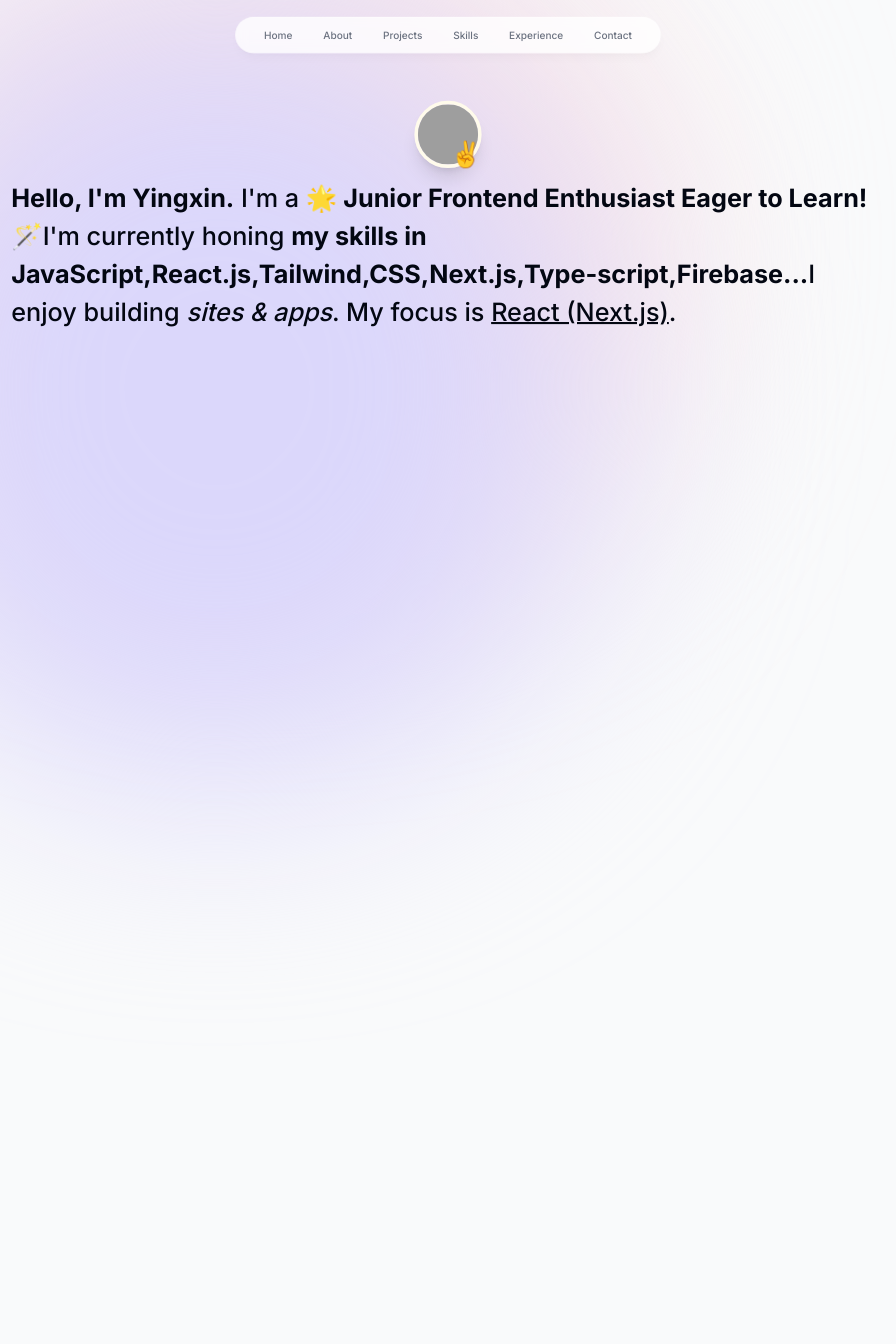
Repository: Tracy-maker/portfolio_website
Page: /
These files come from the project's save history. The page is drawn as it stood at one moment and after the next save; the edit follows.
The browser window is 1280 px wide. The pictures show the part of the page from y = 0 to 1920 px (the page is 5000 px tall), at 70% of full size.
Pictures or frames that could not be fetched are drawn as grey boxes. The project was rebuilt for these pictures with package versions that can differ from the ones it lists, and the page was loaded fresh each time. The framework's server and built-in components were replaced by stand-ins that run in the browser. Also part of the build but not shown: next.config.js.

Above is the page before, as saved 2023-10-02 17:50:17.

### app/layout.tsx
import Header from "@/components/header";
import "./globals.css";
import type { Metadata } from "next";
import { Inter } from "next/font/google";

const inter = Inter({ subsets: ["latin"] });

export const metadata: Metadata = {
  title: "Yingxin_Zhang | Portfolio",
  description: "Yingxin_Zhang is a front-end developer",
};

export default function RootLayout({
  children,
}: {
  children: React.ReactNode;
}) {
  return (
    <html lang="en">
      <body
        className={`${inter.className} bg-gray-50 text-gray-950 relative h-[5000px] pt-28 sm:pt-36`}
      >
        <div className="bg-[#fbe2e3] absolute top-[-6rem] -z-10 right-[21rem] h-[56.25rem] w-[31.25rem] rounded-full blur-[10rem] sm:w-[68.75rem]"></div>
        <div className="bg-[#dbd7fb] absolute top-[-1rem] -z-10 left-[-45rem] h-[71.25rem] w-[-30rem] rounded-full blur-[10rem] sm:w-[68.75rem] md:left-[-33rem] lg:left-[-28rem] xl:left-[-15rem] 2xl:left-[-5rem]"></div>
        <Header />
        {children}
      </body>
    </html>
  );
}

### app/page.tsx
import Intro from "@/components/intro";
import Image from "next/image";

export default function Home() {
  return (
    <main className="">
      <Intro />
    </main>
  );
}

### components/header.tsx
"use client";
import { motion } from "framer-motion";
import { links } from "@/lib/data";
import Link from "next/link";

export default function Header() {
  return (
    <header className="z-[999] relative">
      <motion.div
        className="fixed top-0 left-1/2 h-[4.5rem] w-full
        rounded-none border border-white border-opacity-40
        bg-white bg-opacity-80 shadow-lg shadow-black/[0.03]
        backdrop-blur-[0.5rem] sm:top-6 sm:h-[3.25rem] sm:w-[38rem] sm:rounded-full"
        initial={{ y: -100, x: "-50%", opacity: 0 }}
        animate={{ y: 0, x: "-50%", opacity: 1 }}
      ></motion.div>

      <nav className="flex fixed top-[0.15rem] left-1/2 h-12 -translate-x-1/2 py-2 sm:top-[1.7rem] sm:h-[initial] sm:py-0">
        <ul className="flex w-[22rem] flex-wrap items-center justify-center gap-y-1 text-[0.9rem] font-medium text-gray-500 sm:w-[initial] sm:flex-nowrap sm:gap-5">
          {links.map((link) => (
            <motion.li
              className="h-3/4 flex items-center justify-center relative"
              key={link.hash}
              initial={{ y: -100, opacity: 0 }}
              animate={{ y: 0, opacity: 1 }}
            >
              <Link
                className="flex w-full items-center justify-center px-3 py-3 hover:text-gray-950 transition"
                href={link.hash}
              >
                {link.name}
              </Link>
            </motion.li>
          ))}
        </ul>
      </nav>
    </header>
  );
}

### components/intro.tsx
"use client";

import Image from "next/image";
import React from "react";
import { motion } from "framer-motion";

export default function Intro() {
  return (
    <section>
      <div className="flex items-center justify-center">
        <div className="relative">
          <motion.div
            initial={{ opacity: 0, scale: 0 }}
            animate={{ opacity: 1, scale: 1 }}
            transition={{
              type: "tween",
              duration: 0.2,
            }}
          >
            <Image
              src="https://i.ibb.co/MRHHtS5/Wechat-IMG7.jpg"
              alt="Personal image"
              width="192"
              height="192"
              quality="98"
              priority={true}
              className="h-24 w-24 rounded-full object-cover border-[0.35rem] border-amber-50 shadow-xl"
            />
          </motion.div>

          <motion.span
            className="absolute bottom-0 right-0 text-4xl"
            initial={{ opacity: 0, scale: 0 }}
            animate={{ opacity: 1, scale: 1 }}
            transition={{
              type: "spring",
              stiffness: 125,
              delay: 0.1,
              duration: 0.7,
            }}
          >
            ✌️
          </motion.span>
        </div>
      </div>
      <motion.h1
        className="mb-10 mt-4 px-4 text-2xl font-medium !leading-[1.5] sm:text-4xl"
        initial={{ opacity: 0, y: 100 }}
        animate={{ opacity: 1, y: 0 }}
      >
        <span className="font-bold">Hello, I'm Yingxin.</span> I'm a{" "}
        <span className="font-bold">
          🌟 Junior Frontend Enthusiast Eager to Learn! 🪄
        </span>
        I'm currently honing{" "}
        <span className="font-bold">
          my skills in
          JavaScript,React.js,Tailwind,CSS,Next.js,Type-script,Firebase...
        </span>
        I enjoy building <span className="italic">sites & apps</span>. My focus
        is <span className="underline">React (Next.js)</span>.
      </motion.h1>
    </section>
  );
}

### lib/data.ts
import React from "react";
import { CgWorkAlt } from "react-icons/cg";
import { FaReact } from "react-icons/fa";
import { LuGraduationCap } from "react-icons/lu";
import p1Img from "@/public/p1.png";
import p2Img from "@/public/p2.png";
import p3Img from "@/public/p3.png";

export const links = [
  {
    name: "Home",
    hash: "#home",
  },
  {
    name: "About",
    hash: "#about",
  },
  {
    name: "Projects",
    hash: "#projects",
  },
  {
    name: "Skills",
    hash: "#skills",
  },
  {
    name: "Experience",
    hash: "#experience",
  },
  {
    name: "Contact",
    hash: "#contact",
  },
] as const;

export const experiencesData = [
  {
    title: "Graduated bootcamp",
    location: "Miami, FL",
    description:
      "I graduated after 6 months of studying. I immediately found a job as a front-end developer.",
    icon: React.createElement(LuGraduationCap),
    date: "2019",
  },
  {
    title: "Front-End Developer",
    location: "Orlando, FL",
    description:
      "I worked as a front-end developer for 2 years in 1 job and 1 year in another job. I also upskilled to the full stack.",
    icon: React.createElement(CgWorkAlt),
    date: "2019 - 2021",
  },
  {
    title: "Full-Stack Developer",
    location: "Houston, TX",
    description:
      "I'm now a full-stack developer working as a freelancer. My stack includes React, Next.js, TypeScript, Tailwind, Prisma and MongoDB. I'm open to full-time opportunities.",
    icon: React.createElement(FaReact),
    date: "2021 - present",
  },
] as const;

export const projectsData = [
  {
    title: "CorpComment",
    description:
      "I worked as a full-stack developer on this startup project for 2 years. Users can give public feedback to companies.",
    tags: ["React", "Next.js", "MongoDB", "Tailwind", "Prisma"],
    imageUrl: p1Img,
  },
  {
    title: "rmtDev",
    description:
      "Job board for remote developer jobs. I was the front-end developer. It has features like filtering, sorting and pagination.",
    tags: ["React", "TypeScript", "Next.js", "Tailwind", "Redux"],
    imageUrl: p2Img,
  },
  {
    title: "Word Analytics",
    description:
      "A public web app for quick analytics on text. It shows word count, character count and social media post limits.",
    tags: ["React", "Next.js", "SQL", "Tailwind", "Framer"],
    imageUrl: p3Img,
  },
] as const;

export const skillsData = [
  "HTML",
  "CSS",
  "JavaScript",
  "TypeScript",
  "React",
  "Next.js",
  "Git",
  "MUI-material",
  "Tailwind",
  "REST-API",
  "PostgreSQL",
  "Framer Motion",
] as const;

Loaded but not shown: app/globals.css (common file); tailwind.config.ts (common file)

After the next save:
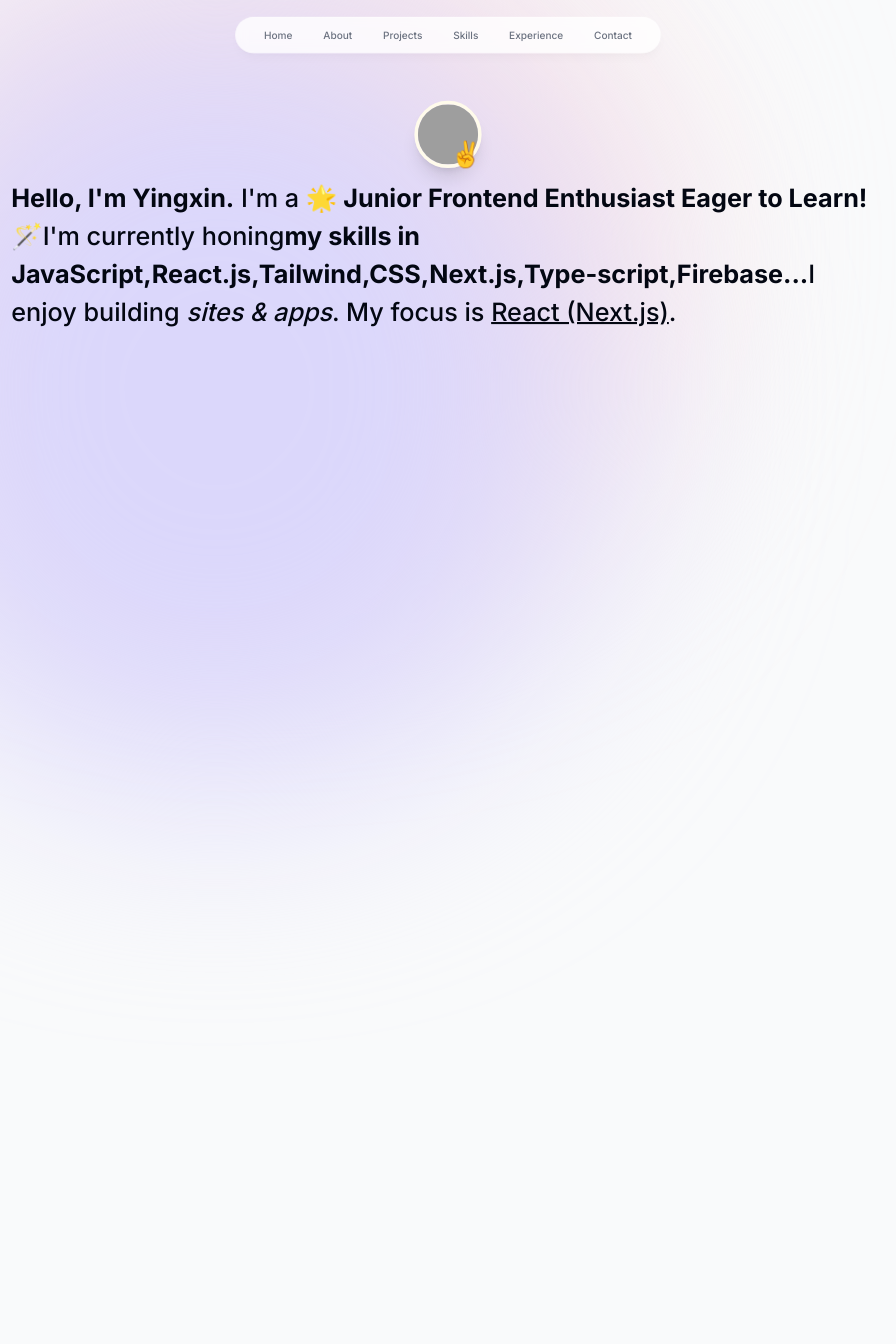
Saved 16 s later.
--- a/components/intro.tsx
+++ b/components/intro.tsx
@@ -52,7 +52,7 @@
         <span className="font-bold">
           🌟 Junior Frontend Enthusiast Eager to Learn! 🪄
         </span>
-        I'm currently honing{" "}
+        I'm currently honing
         <span className="font-bold">
           my skills in
           JavaScript,React.js,Tailwind,CSS,Next.js,Type-script,Firebase...
